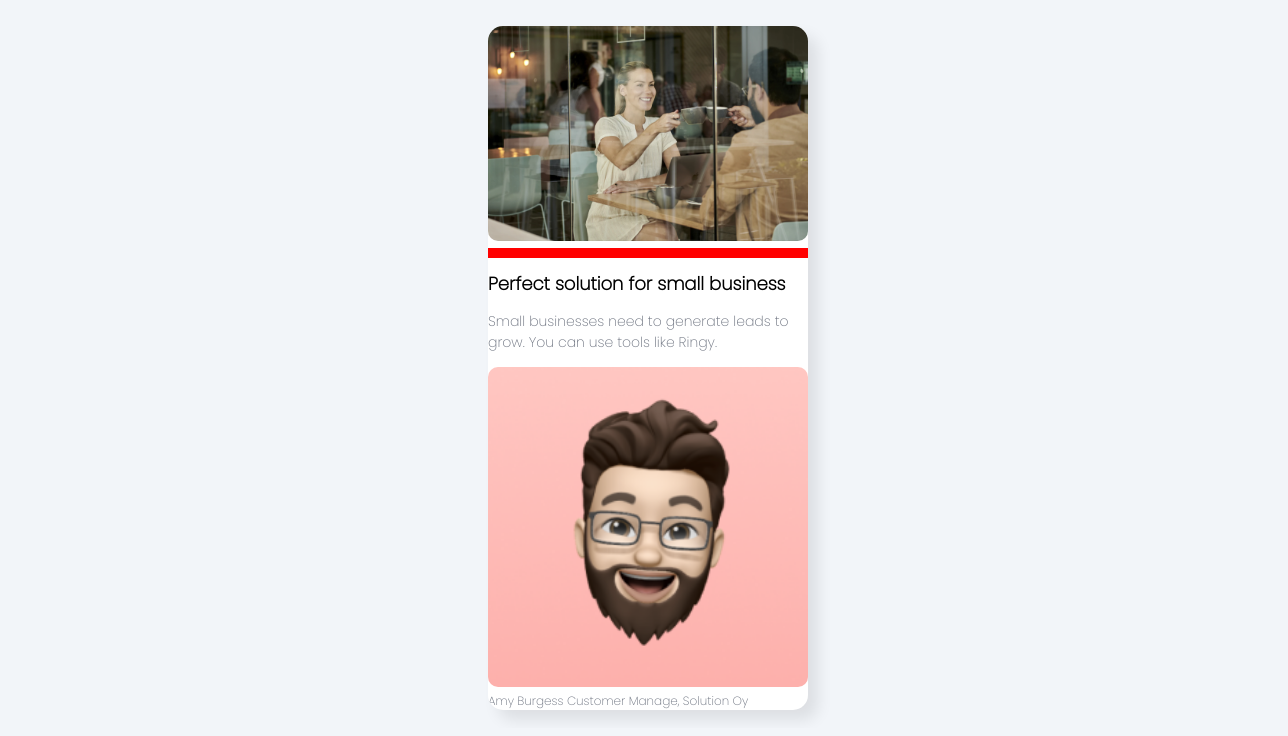
Repository: massndongo/business-blog-card
Page: index.html
These files come from the project's save history. The page is drawn as it stood at one moment and after the next save; the edit follows.
The browser window is 1280 px wide. The page is 1288 px wide, so the pictures cover 1288 px, including what lies to the right of the window. The pictures show the whole page.

Above is the page before, as saved 2023-11-08 03:27:44.

### index.html
<!DOCTYPE html>
<html lang="en">
<head>
    <meta charset="UTF-8">
    <meta name="viewport" content="width=device-width, initial-scale=1.0">
    <link rel="stylesheet" href="css/styles.css">
    <title>Responsive Web Developer Starter - devchallenges.io</title>
    <link rel="icon" href="images/favicon.ico" type="image/x-icon" sizes="any">
</head>
<body>
    <div class="card">
        <div>
            <img src="images/hero-image-business-card.png" alt="" srcset="">
            <div class="wavy"></div>
        </div>
        <h1 class="title">Perfect solution for small business</h1>
        <p class="corps">Small businesses need to generate leads to grow. You can use tools like Ringy.</p>
        <hr>
        <div class="small">
            <img src="images/avatar-image-business-card.png" alt="" srcset="">
            <div>
                <span>Amy Burgess</span>
                <span>Customer Manage, Solution Oy</span>
            </div>
        </div>
    </div>
</body>
</html>

### css/styles.css
@import url('https://fonts.googleapis.com/css2?family=Poppins:wght@200&display=swa');

* {
    box-sizing: border-box;
    font-family: 'Poppins', sans-serif;
    overflow: hidden;
}

/* Add some styles for body*/
body {
    width: 100%;
    height: 100vh;
    background-color: #F2F5F9;
    display: flex;
    justify-content: center;
    align-items: center;

}

.card{
    position: relative;
    flex-direction: column;
    background-color: #FFFFFF;
    box-shadow: 10px 10px 15px 0px rgba(0, 0, 0, 0.09);
    width: 25%;
    height: auto;
    border-radius: 15px;
}
.card img{
    width: 100%;
    border-radius: 10px;
}
.wavy{
    height: 10px;
    background-color: red;
    shape-outside: circle(50% at top left);
}
.title{
    font-size: 18px;

}
.corps{
    font-size: 14px;

}
.small{
    position: relative;
    font-size: 12px;
}
.corps, .small, hr{
    color: #6C727F
}
hr{
    width: 100%;
    height: 1px;
    position: absolute;
    bottom: 9%;
    left: 0;
    right: 0;
    background-color: #6c727f85;
}

@media screen and (max-width: 768px) {
    .card {
        width: 90%;
    }
}

After the next save:
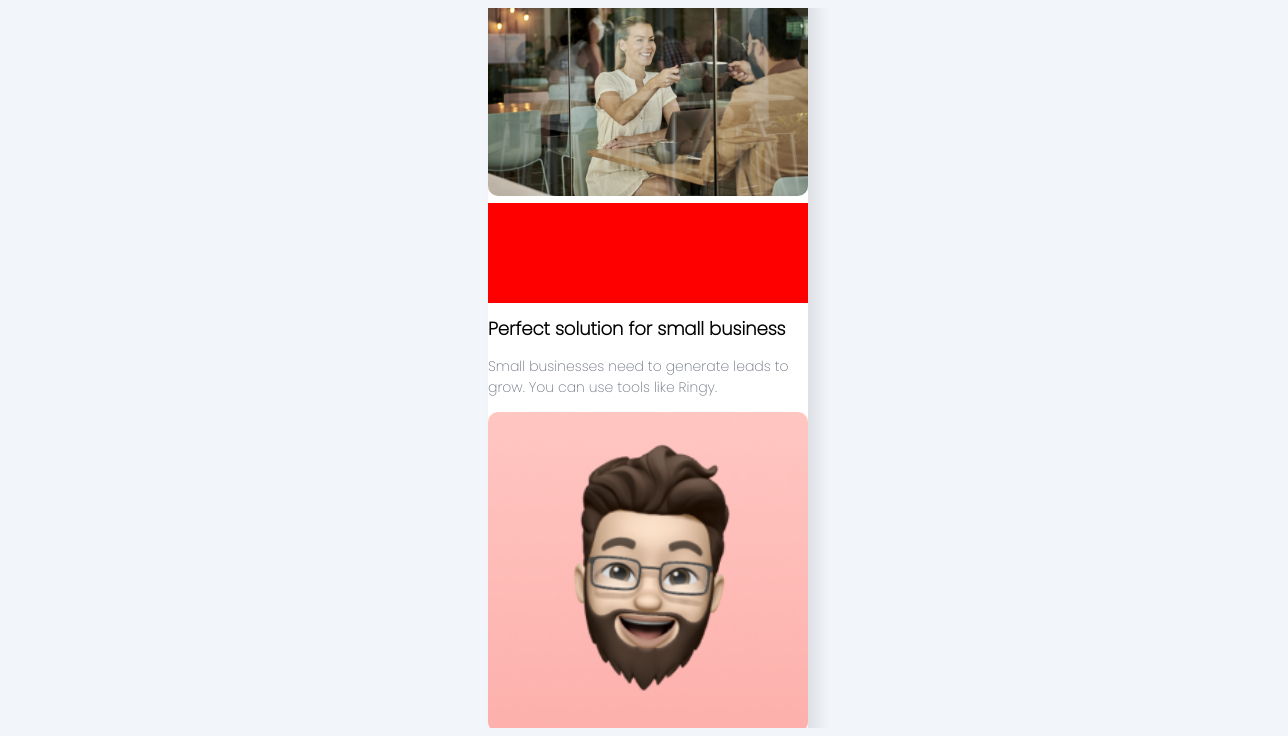
Saved 7 s later.
--- a/css/styles.css
+++ b/css/styles.css
@@ -31,7 +31,7 @@ body {
     border-radius: 10px;
 }
 .wavy{
-    height: 10px;
+    height: 100px;
     background-color: red;
     shape-outside: circle(50% at top left);
 }
